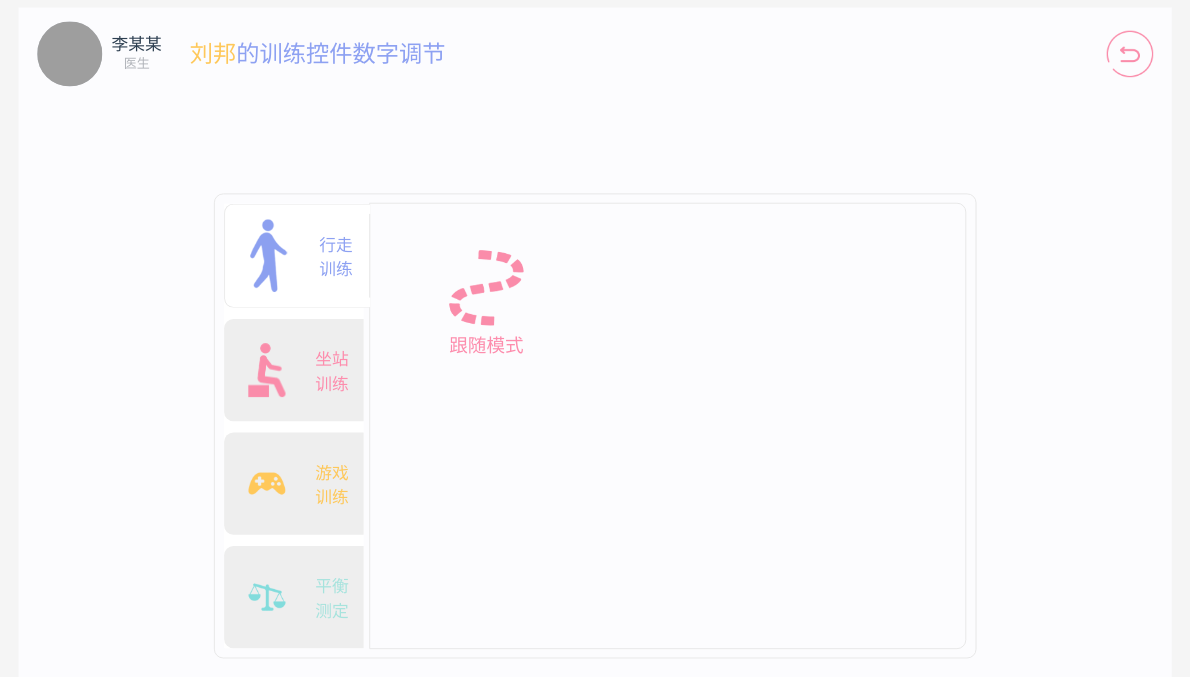
Repository: wangdanqing90/electron-vue-doctor
Page: /#/trainingAdjust
An editor plug-in stored every save of this project. The page is shown before and after the next save, followed by the edit.
The browser window is 1280 px wide. The pictures show the whole page, at 93% of full size.
Pictures or frames that could not be fetched are drawn as grey boxes. The project was rebuilt for these pictures with package versions that can differ from the ones it lists, and the page was loaded fresh each time. Also part of the build but not shown: vue.config.js, src/views/Home.vue, src/assets/styles/variable.scss, src/assets/styles/iconfont.css.

Above is the page before, as saved 2020-01-15 10:32:24.

### public/index.html
<!DOCTYPE html>
<html lang="en">
  <head>
    <meta charset="utf-8">
    <meta http-equiv="X-UA-Compatible" content="IE=edge">
    <meta name="viewport" content="width=device-width,initial-scale=1.0">
    <link rel="icon" href="<%= BASE_URL %>favicon.ico">
    <title>electron-vue-demo</title>
  </head>
  <body>
    <noscript>
      <strong>We're sorry but electron-vue-demo doesn't work properly without JavaScript enabled. Please enable it to continue.</strong>
    </noscript>
    <div id="app"></div>
    <!-- built files will be auto injected -->
  </body>
</html>

### src/main.js
import Vue from 'vue'
import ElementUI from 'element-ui';
import 'element-ui/lib/theme-chalk/index.css';
import App from './App.vue'
import router from './router'
import store from './store'


import './assets/styles/variable.scss';
import './assets/styles/base.scss';
import './assets/styles/common.scss';
import './assets/styles/iconfont.css';
import common from './assets/js/common.js';


Vue.config.productionTip = false;
Vue.prototype.common = common;
Vue.use(ElementUI);


var vm = new Vue({
  router,
  store,
  render: h => h(App)
}).$mount('#app')





//var addon = require('bindings')('hello');var addon = require('bindings')('hello');
//alert(addon.hello()); // 'world'

### src/App.vue
<template>
  <div id="app">
    <!-- <div id="nav">
      <router-link to="/">Home</router-link> |
      <router-link to="/about">About</router-link>
    </div>-->
    <keep-alive>
      <router-view v-if="$route.meta.keepAlive"></router-view>
    </keep-alive>
    <router-view v-if="!$route.meta.keepAlive"></router-view>
  </div>
</template>

<style lang="scss">
#app {
  font-family: "Avenir", Helvetica, Arial, sans-serif;
  -webkit-font-smoothing: antialiased;
  -moz-osx-font-smoothing: grayscale;
  text-align: center;
  color: #2c3e50;
  height: 100%;
}
#nav {
  padding: 30px;
  a {
    font-weight: bold;
    color: #2c3e50;
    &.router-link-exact-active {
      color: #42b983;
    }
  }
}
</style>

### src/router.js
import Vue from 'vue'
import Router from 'vue-router'
import Home from './views/Home.vue'



const routerPush = Router.prototype.push
Router.prototype.push = function push(location) {
  return routerPush.call(this, location).catch(error => error)
}

Vue.use(Router)

export default new Router({
  routes: [{
      path: '/',
      name: 'home',
      component: Home,
      meta: {
        title: '首页',
        keepAlive: false
      }
    }, {
      path: '/login',
      name: 'login',
      component: () => import('./views/Login/Login.vue'),
      meta: {
        title: '登录',
        keepAlive: false
      }
    },
    {
      path: '/result',
      name: 'result',
      component: () => import('./views/Result/Result.vue'),
      meta: {
        title: '重置结果',
        keepAlive: false
      }
    },
    {
      path: '/forgetPassword',
      name: 'forgetPassword',
      component: () => import('./views/ForgetPassword/ForgetPassword.vue'),
      meta: {
        title: '忘记密码',
        keepAlive: false
      }
    }, {
      path: '/register',
      name: 'register',
      component: () => import('./views/Register/Register.vue'),
      meta: {
        title: '注册',
        keepAlive: false
      }
    }, {
      path: '/detailInform',
      name: 'detailInform',
      component: () => import('./views/DetailInform/DetailInform.vue'),
      meta: {
        title: '基本信息',
        keepAlive: false
      }
    }, {
      path: '/trainingList',
      name: 'trainingList',
      component: () => import('./views/TrainingList/TrainingList.vue'),
      meta: {
        title: '训练列表',
        keepAlive: false
      }
    }, {
      path: '/trainingPlan',
      name: 'trainingPlan',
      component: () => import('./views/TrainingPlan/TrainingPlan.vue'),
      meta: {
        title: '本次训练计划',
        keepAlive: false
      }
    }, {
      path: '/trainingSlider',
      name: 'trainingSlider',
      component: () => import('./views/TrainingSlider/TrainingSlider.vue'),
      meta: {
        title: '训练模式选择',
        keepAlive: false
      }
    }, {
      path: '/trainingAdjust',
      name: 'trainingAdjust',
      component: () => import('./views/TrainingAdjust/TrainingAdjust.vue'),
      meta: {
        title: '训练控件数字调节',
        keepAlive: false
      }
    }
  ]
})

### src/assets/styles/base.scss
html {
  background: #f5f5f5;
  height: 100%;
}

body {
  height: 100%;
}

p {
  margin: 0;
  padding: 0;
}

ol,
ul {
  list-style: none;
  margin: 0;
  padding: 0;
}

a {
  cursor: pointer;
}

.wrap-white {
  background: #fff;
  padding-left: 20px;
  padding-right: 20px;
  overflow: hidden;

}

.el-breadcrumb {
  margin-bottom: 15px;
}

.el-titleText {
  font-size: 20px;
  color: black;
  height: 64px;
  line-height: 64px;
}

//::-webkit-scrollbar {
//  width: 5px;
//  height: 5px;
//}
//
//::-webkit-scrollbar:horizontal {
//  height: 15px;
//}
//
//::-webkit-scrollbar-track-piece:vertical {
//  background-color: rgba(0, 0, 0, 0.2);
//  -webkit-border-radius: 6px;
//}
//
//::-webkit-scrollbar-track:horizontal {
//  background-color: rgba(0, 0, 0, 0.2);
//}
//
//::-webkit-scrollbar-thumb:vertical {
//  height: 5px;
//  background-color: rgba(125, 125, 125, 0.7);
//  -webkit-border-radius: 6px;
//}
//
//::-webkit-scrollbar-thumb:horizontal {
//  width: 5px;
//  background-color: rgba(125, 125, 125, 0.7);
//}

input[type="text"],
input[type="number"] {
  //-webkit-appearance: none;
  background-color: #fff;
  border-radius: 4px;
  border: 1px solid #d8dce5;
  box-sizing: border-box;
  color: #5a5e66;
  display: inline-block;
  font-size: inherit;
  height: 40px;
  line-height: 1;
  outline: 0;
  padding: 0 15px;
  -webkit-transition: border-color .2s cubic-bezier(.645, .045, .355, 1);
  transition: border-color .2s cubic-bezier(.645, .045, .355, 1);
  width: 100%;

  &:hover {
    border-color: #b4bccc;
  }

  &:focus {
    border-color: #409EFF;
    outline: 0;
  }
}

/*滚动条*/
::-webkit-scrollbar {
  -webkit-appearance: none;
}

::-webkit-scrollbar:vertical {
  width: 10px;
}

::-webkit-scrollbar:horizontal {
  height: 10px;
}

::-webkit-scrollbar-thumb {
  background-color: rgba(0, 0, 0, .5);
  border-radius: 10px;
  border: 2px solid #ffffff;
}

::-webkit-scrollbar-track {
  border-radius: 10px;
  background-color: #ffffff;
}

/*margin*/
.margin-bottom-240 {
  margin-bottom: 240px;
}

.margin-top--10 {
  margin-top: -10px;
}

.margin-top--15 {
  margin-top: -15px;
}

.margin-top--18 {
  margin-top: -18px;
}

.margin-top--20 {
  margin-top: -20px;
}

.margin-top--40 {
  margin-top: -40px;
}

.margin-top--60 {
  margin-top: -60px;
}

.margin-top--80 {
  margin-top: -80px;
}

.margin-top--180 {
  margin-top: -180px;
}

.margin-top-0 {
  margin-top: 0px !important;
}

.margin-top-10 {
  margin-top: 10px;
}

.margin-top-15 {
  margin-top: 15px;
}

.margin-top-20 {
  margin-top: 20px;
}

.margin-top-25 {
  margin-top: 25px;
}

.margin-top-30 {
  margin-top: 30px;
}

.margin-top-35 {
  margin-top: 35px;
}

.margin-top-40 {
  margin-top: 40px;
}

.margin-top-46 {
  margin-top: 46px;
}

.margin-top-50 {
  margin-top: 50px;
}

.margin-top-60 {
  margin-top: 60px;
}

.margin-top-70 {
  margin-top: 70px;
}

.margin-top-80 {
  margin-top: 80px;
}

.margin-top-100 {
  margin-top: 100px;
}

.margin-bottom-0 {
  margin-bottom: 0px !important;
}

.margin-bottom-5 {
  margin-bottom: 5px;
}

.margin-bottom-10 {
  margin-bottom: 20px;
}

.margin-bottom-20 {
  margin-bottom: 20px;
}

.margin-bottom-25 {
  margin-bottom: 25px;
}

.margin-bottom-30 {
  margin-bottom: 30px;
}

.margin-bottom-40 {
  margin-bottom: 40px;
}

.margin-bottom-50 {
  margin-bottom: 50px;
}

.margin-bottom-60 {
  margin-bottom: 60px;
}

.margin-bottom-70 {
  margin-bottom: 70px;
}

.margin-left-0 {
  margin-left: 0px !important;
}

.margin-left-5 {
  margin-left: 5px;
}

.margin-left--15 {
  margin-left: -15px;
}

.margin-left--35 {
  margin-left: -35px;
}

.margin-left-10 {
  margin-left: 10px;
}

.margin-left-25 {
  margin-left: 25px;
}

.margin-left-30 {
  margin-left: 30px;
}

.margin-left-40 {
  margin-left: 40px;
}

.margin-right-0 {
  margin-right: 0px;
}

.margin-right-5 {
  margin-right: 5px;
}

.margin-right-10 {
  margin-right: 10px;
}

.margin-right-30 {
  margin-right: 30px;
}


.margin-right--15 {
  margin-right: -15px;
}

.margin-right--35 {
  margin-right: -35px;
}

.margin-right--50 {
  margin-right: -50px;
}

.margin-0 {
  margin: 0px;
}

.padding-top-5 {
  padding-top: 5px;
}

.padding-top-10 {
  padding-top: 10px;
}

.padding-top-15 {
  padding-top: 15px;
}

.padding-top-20 {
  padding-top: 20px;
}

.padding-top-26 {
  padding-top: 26px;
}

.padding-top-30 {
  padding-top: 30px;
}

.padding-top-35 {
  padding-top: 35px;
}

.padding-top-40 {
  padding-top: 40px;
}

.padding-top-60 {
  padding-top: 60px;
}

.padding-top-70 {
  padding-top: 70px;
}

.padding-top-100 {
  padding-top: 100px;
}

.padding-top-150 {
  padding-top: 150px;
}

.padding-top-250 {
  padding-top: 250px;
}

.padding-left-0 {
  padding-left: 0px;
}

.padding-left-5 {
  padding-left: 5px;
}

.padding-left-7 {
  padding-left: 7.5px;
}

.padding-left-10 {
  padding-left: 10px;
}

.padding-left-12 {
  padding-left: 12px;
}

.padding-left-15 {
  padding-left: 15px;
}

.padding-left-20 {
  padding-left: 20px;
}

.padding-left-24 {
  padding-left: 24px;
}

.padding-left-30 {
  padding-left: 30px;
}

.padding-left-40 {
  padding-left: 40px;
}

.padding-left-50 {
  padding-left: 50px;
}

.padding-left-70 {
  padding-left: 70px;
}

.padding-left-90 {
  padding-left: 90px;
}

.padding-bottom-5 {
  padding-bottom: 5px;
}

.padding-bottom-10 {
  padding-bottom: 10px;
}

.padding-bottom-20 {
  padding-bottom: 20px;
}

.padding-bottom-26 {
  padding-bottom: 26px;
}

.padding-bottom-30 {
  padding-bottom: 30px;
}

.padding-bottom-40 {
  padding-bottom: 40px;
}

.padding-bottom-50 {
  padding-bottom: 50px;
}

.padding-bottom-60 {
  padding-bottom: 60px;
}

.padding-bottom-100 {
  padding-bottom: 100px;
}

.padding-right-0 {
  padding-right: 0px;
}

.padding-right-7 {
  padding-right: 7.5px;
}

.padding-right-15 {
  padding-right: 15px;
}

.padding-right-30 {
  padding-right: 30px;
}

.padding-right-40 {
  padding-right: 40px;
}

.padding-right-50 {
  padding-right: 50px;
}

.padding-right-60 {
  padding-right: 60px;
}

.padding-right-90 {
  padding-right: 90px;
}

.padding-0 {
  padding: 0px !important;
}

.padding-15 {
  padding: 15px;
}

.padding-20 {
  padding: 20px;
}

@media (min-width: 992px) {
  .margin-left-15 {
    margin-left: 15px;
  }

  .margin-right-15 {
    margin-right: 15px;
  }
}

body {
  font-size: 12px;
  color: #7F8FA4;
  font-family: "Helvetica Neue", Helvetica, "PingFang SC", "Hiragino Sans GB", "Microsoft YaHei", "微软雅黑", Arial, sans-serif;
  box-sizing: border-box;
}

.container {
  width: 1200px;
  min-height: 100%;
  margin: 0 auto;
  background: #fcfcfe;
  padding: 0 20px;
}

.el-dialog__body {
  font-size: 12px;
}

.pb10 {
  padding-bottom: 10px;
}

.pb30 {
  padding-bottom: 30px;
}

.mb30 {
  margin-bottom: 30px;
}

.toolbar {
  background: #fff;
  padding: 10px;
  margin: 10px 0px;
  text-align: center;
}

.handleMoreWrap .el-dialog__body {
  padding: 10px;
}

.handleMore-title {
  text-align: center;
  padding-bottom: 6px;
}

.handleMoreHeight {
  max-height: 300px;
  overflow: hidden;
  overflow-y: auto;
  border-top: 1px solid #ddd;
  padding-top: 10px;
}

.el-table__header th {
  white-space: nowrap;
  font-size: 12px;
  font-weight: 100;
}

.content-wrapper {
  -webkit-overflow-scrolling: touch;
}

.center {
  text-align: center;
}

.text-right {
  text-align: right;
}

.text-left {
  text-align: left;
}

.f-left {
  float: left;
}

.f-right {
  float: right;
}

.hand {
  cursor: pointer;
}

/*flex兼容*/
.display_flex {
  display: -webkit-box;
  display: -ms-flexbox;
  display: -webkit-flex;
  display: flex;
}

// .display_flex>* {
//   display: block;
// }

.display_inline-flex {
  display: -webkit-inline-box;
  display: -ms-inline-flexbox;
  display: -webkit-inline-flex;
  display: inline-flex;
}

// .display_inline-flex>* {
//   display: block;
// }

/*伸缩流方向*/
.flex-direction_column {
  -webkit-box-orient: vertical;
  -ms-flex-direction: column;
  -webkit-flex-direction: column;
  flex-direction: column;
}

/*主轴对齐*/
.justify-content_flex-center {
  -webkit-box-pack: center;
  -ms-flex-pack: center;
  -webkit-justify-content: center;
  justify-content: center;
}

.justify-content_flex-start {
  -webkit-box-pack: start;
  -ms-flex-pack: start;
  -webkit-justify-content: flex-start;
  justify-content: flex-start;
}

.justify-content_flex-end {
  -webkit-box-pack: end;
  -ms-flex-pack: end;
  -webkit-justify-content: flex-end;
  justify-content: flex-end;
}

.justify-content_flex-justify {
  -webkit-box-pack: justify;
  -ms-flex-pack: justify;
  -webkit-justify-content: space-between;
  justify-content: space-between;
}

.justify-content_flex-around {
  -webkit-box-pack: justify;
  -ms-flex-pack: justify;
  -webkit-justify-content: space-around;
  justify-content: space-around;
}

/*侧轴对齐*/
.align-items_flex-start {
  -webkit-box-align: start;
  -ms-flex-align: start;
  -webkit-align-items: flex-start;
  align-items: flex-start;
}

.align-items_flex-end {
  -webkit-box-align: end;
  -ms-flex-align: end;
  -webkit-align-items: flex-end;
  align-items: flex-end;
}

.align-items_center {
  -webkit-box-align: center;
  -ms-flex-align: center;
  -webkit-align-items: center;
  align-items: center;
}

.align-items_baseline {
  -webkit-box-align: baseline;
  -ms-flex-align: baseline;
  -webkit-align-items: baseline;
  align-items: baseline;
}

/*伸缩性*/
.flex_auto {
  -webkit-box-flex: 1;
  -ms-flex: auto;
  -webkit-flex: auto;
  flex: auto;
}

.flex_1 {
  width: 0;
  -webkit-box-flex: 1;
  -ms-flex: 1;
  -webkit-flex: 1;
  flex: 1;
}

/*显示顺序*/
.order_2 {
  -webkit-box-ordinal-group: 2;
  -ms-flex-order: 2;
  -webkit-order: 2;
  order: 2;
}

.order_3 {
  -webkit-box-ordinal-group: 3;
  -ms-flex-order: 3;
  -webkit-order: 3;
  order: 3;
}

### src/assets/styles/common.scss
.clearfix {

  &::after {
    display: block;
    height: 0;
    content: ".";
    clear: both;
    visibility: hidden;
  }
}

.float-left {
  float: left;
}

.float-right {
  float: right;
}

.align-left {
  text-align: left;
}

.align-right {
  text-align: right;
}

.small-size {
  font-size: 12px !important;
}

.large-size {
  font-size: 16px !important;
}

.New-elFrom {
  padding: 10px;
  background: #fff;

  .el-form-item {
    margin-bottom: 0;
  }

  .el-form-item__label {
    padding: 0;
    line-height: 30px;
    font-size: 12px;
    color: #7F8FA4;

  }

  .el-form-item__content-btn {
    text-align: center;
    padding: 20px 0 10px;
  }

  .el-select {
    display: block;
  }

  .el-date-editor.el-input,
  .el-input-number--medium {
    width: 100%;
  }
}

.el-radio-group {
  display: flex;
  display: -webkit-flex;
}

.el-radio-group .el-radio-button {
  flex: 1;
}



.el-button.purple,
.el-button.purple:active,
.el-button.purple:focus,
.el-button.purple:hover {
  color: white;
  background-color: #8c69e7;
  border: none;
  box-shadow: 0 2px 12px 0 rgba(240, 240, 240, 0.1)
}



.el-dialog {
  border-radius: 10px;

  .el-dialog__body {
    .purple {
      color: $purpleFontColor;
      font-size: 20px;
    }
  }
}

.el-form-item__label {
  color: $purpleFontColor;
}

.el-message-box .el-message-box__content {
  color: $purpleFontColor;
  font-size: 20px;
  margin: 30px 0;
  text-align: center;
}

.purpleFontColor {
  color: $purpleFontColor;
}

.pinkFontColor {
  color: $pinkFontColor;
}

.greenFontColor {
  color: $greenFontColor;
}

.yellowFontColor {
  color: $yellowFontColor;
}

### src/assets/js/common.js
1
export default {
    login: function () {
        console.log("1111");
    },

    // 判断是否为空
    isNullOrBlank: function (strJudge) {
        return strJudge === null || strJudge === undefined || strJudge === '';
    },

    // 计算两个日期时间差
    DateDiff: function (sDate1, sDate2) { // sDate1和sDate2是2002-12-18格式
        var aDate, oDate1, oDate2, iDays
        aDate = sDate1.split('-')
        oDate1 = new Date(aDate[1] + '-' + aDate[2] + '-' + aDate[0])
        aDate = sDate2.split('-')
        oDate2 = new Date(aDate[1] + '-' + aDate[2] + '-' + aDate[0])
        iDays = parseInt(Math.abs(oDate1 - oDate2) / 1000 / 60 / 60 / 24)
        return iDays
    }
}

### src/views/TrainingAdjust/TrainingAdjust.vue
/* eslint-disable vue/no-unused-vars */
<template>
  <div class="container">
    <HeaderDoctor :leftImg="leftImg" :title="title" :titleName="titleName">
      <template v-slot:right>
        <div class="header-right-div display_flex justify-content_flex-center align-items_center">
          <img src="@/../images/back.png" @click="backClick" />
        </div>
      </template>
    </HeaderDoctor>

    <div class="inform-container">
      <div class="inform-inner display_flex justify-content_flex-justify align-items_center">
        <div
          class="left display_inline-flex flex-direction_column justify-content_flex-justify align-items_center"
        >
          <div
            class="left-inner"
            :class="activeClass == index ? 'active':''"
            v-for="(item,index) in tagList"
            :key="index"
            @click="getItem(index)"
          >
            <div
              class="left-inner-inner display_flex justify-content_flex-around align-items_center"
            >
              <img :src="item.imgsrc" />
              <div :class="item.colorClass">
                <div>{{item.name}}</div>
                <div>{{item.namebottom}}</div>
              </div>
            </div>
          </div>
        </div>
        <div class="right">
          <div class="adjust-container pinkFontColor active">
            <div class="top">
              <img :src="adjustList[0].selectedImg" />
              <div>{{adjustList[0].title}}</div>
            </div>
            <div class="bottom"></div>
          </div>
        </div>
      </div>
    </div>
  </div>
</template>

<script>
import HeaderDoctor from "@/components/HeaderDoctor/HeaderDoctor.vue";
//import Adjust from "@/components/Adjust/Adjust.vue";

export default {
  name: "trainingPlan",
  components: {
    HeaderDoctor
    // Adjust
  },

  data() {
    return {
      leftImg: "",
      activeClass: 0,
      tagList: [
        {
          name: "行走",
          namebottom: "训练",
          id: 1,
          imgsrc: require("@/../images/walkingtraining.png"),
          colorClass: "purpleFontColor"
        },
        {
          name: "坐站",
          namebottom: "训练",
          id: 2,
          imgsrc: require("@/../images/stationtraining.png"),
          colorClass: "pinkFontColor"
        },
        {
          name: "游戏",
          namebottom: "训练",
          id: 3,
          imgsrc: require("@/../images/gametraining.png"),
          colorClass: "yellowFontColor"
        },
        {
          name: "平衡",
          namebottom: "测定",
          id: 4,
          imgsrc: require("@/../images/balancedetermination.png"),
          colorClass: "greenFontColor"
        }
      ],
      adjustList: [
        {
          selectedImg: require("@/../images/followmode_0.png"),
          unselectedImg: require("@/../images/followmode_2.png"),
          title: "跟随模式",
          width: "210px",
          colorClass: "pinkFontColor",
          active: true
        },
        {
          selectedImg: require("@/../images/followmode_0.png"),
          unselectedImg: require("@/../images/followmode_2.png"),
          title: "跟随模式",
          width: "210px",
          colorClass: "pinkFontColor",
          active: false
        }
      ]
    };
  },
  created() {
    this.leftImg = require("../../../images/logo.png");
    this.title = "的训练控件数字调节";
    this.titleName = "刘邦";
  },
  methods: {
    backClick() {
      this.$router.go(-1);
    },
    getItem(index) {
      this.activeClass = index; // 把当前点击元素的index，赋值给activeClass
    }
  },
  watch: {}
};
</script>

<style scoped lang="scss">
.header {
  .header-right {
    img {
      width: 50px;
      margin-left: 20px;
    }
  }
}
.inform-container {
  box-sizing: border-box;
  margin: 100px auto;
  height: 500px;
  font-size: 12px;
  border-radius: 10px;
  border: 1px solid #e7e7e7;
  width: 820px;

  .inform-inner {
    box-sizing: border-box;
    padding: 10px;
    height: 100%;
    font-size: 18px;
    .left {
      width: 150px;
      background: white;
      height: 100%;
      z-index: 10;
      .left-inner {
        width: 100%;
        border-radius: 10px 0 0 10px;
        background: #eeeeee;
        .left-inner-inner {
          height: 90px;
          margin: 10px 0 10px 10px;
        }
        img {
          width: 40px;
        }
      }
      .active {
        background: white;
        border-top: 1px solid #e7e7e7;
        border-left: 1px solid #e7e7e7;
        border-bottom: 1px solid #e7e7e7;
        width: 156px;
        margin-right: -6px;
        .left-inner-inner {
          border-right: 1px solid #e7e7e7;
        }
      }
    }
    .right {
      width: 640px;
      height: 100%;
      border-top: 1px solid #e7e7e7;
      border-right: 1px solid #e7e7e7;
      border-bottom: 1px solid #e7e7e7;
      border-left: 1px solid #e7e7e7;
      border-radius: 0 10px 10px 0;
      .adjust-container {
        width: 210px;
        padding: 50px 20px;
        .top {
          font-size: 20px;
          img {
            width: 80px;
          }
        }
      }
    }
  }
}
</style>

### src/components/HeaderDoctor/HeaderDoctor.vue
// 头部组件
<template>
  <el-row>
    <el-col :span="24" class="header">
      <div
        @click="jumpDoctorInform"
        class="header-left f-left display_flex justify-content_flex-center align-items_center"
      >
        <el-avatar
          :size="70"
          src="https://cube.elemecdn.com/0/88/03b0d39583f48206768a7534e55bcpng.png"
        ></el-avatar>
        <div
          class="display_flex flex-direction_column justify-content_flex-center align-items_center margin-left-10"
        >
          <div class="name">李某某</div>
          <div class="job">医生</div>
        </div>
      </div>
      <div class="header-middle-name f-left">{{titleName}}</div>
      <div class="header-middle f-left">{{title}}</div>

      <div class="header-right f-right">
        <slot name="right"></slot>
      </div>
    </el-col>
  </el-row>
</template>

<script>
export default {
  name: "HeaderDoctor",
  props: {
    msg: String,
    leftImg: {
      type: String,
      default: "../../../images/logo.png"
    },
    title: { String, default: "" },
    titleName: { String, default: "" }
  },

  data() {
    return {};
  },

  created() {},
  beforeDestroy() {},
  beforeMount() {},
  mounted() {},
  destroyed() {},
  methods: {
    jumpDoctorInform() {
      this.$router.push({
        path: "/detailInform",
        name: "detailInform",
        query: { type: "doctor" }
      });
    }
  }
};
</script>

<style scoped lang="scss">
.header {
  height: 100px;
  line-height: 100px;
  .header-left {
    height: 100%;
    text-align: left;
    margin-right: 30px;
    img {
      width: 150px;
    }
    .name {
      height: 20px;
      line-height: 20px;
      font-size: 18px;
    }
    .job {
      height: 20px;
      line-height: 20px;
      font-size: 14px;
      color: #b0b3b9;
    }
  }
  .header-middle-name {
    font-size: 25px;

    color: $yellowFontColor;
  }
  .header-middle {
    font-size: 25px;

    color: $purpleFontColor;
  }
  .header-right {
    height: 100%;
  }
}

::v-deep .header-right-div {
  height: 100%;
}
</style>

Loaded but not shown: src/store.js (common file)

After the next save:
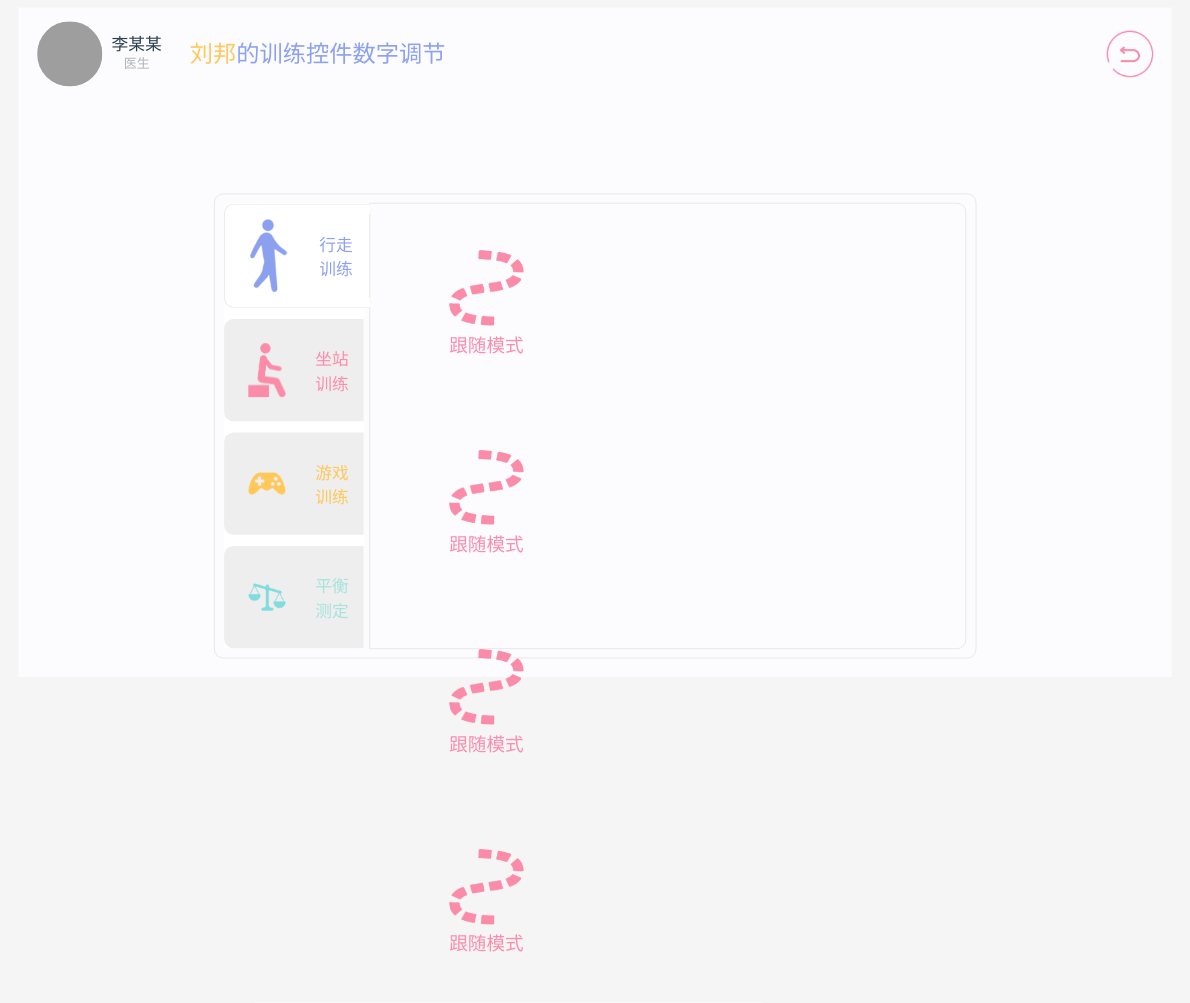
Saved 56 s later.
--- a/src/views/TrainingAdjust/TrainingAdjust.vue
+++ b/src/views/TrainingAdjust/TrainingAdjust.vue
@@ -33,7 +33,12 @@
           </div>
         </div>
         <div class="right">
-          <div class="adjust-container pinkFontColor active">
+          <div
+            class="adjust-container pinkFontColor active"
+            v-for="(item,index) in tagList"
+            :key="index"
+            @click="getItem(index)"
+          >
             <div class="top">
               <img :src="adjustList[0].selectedImg" />
               <div>{{adjustList[0].title}}</div>
